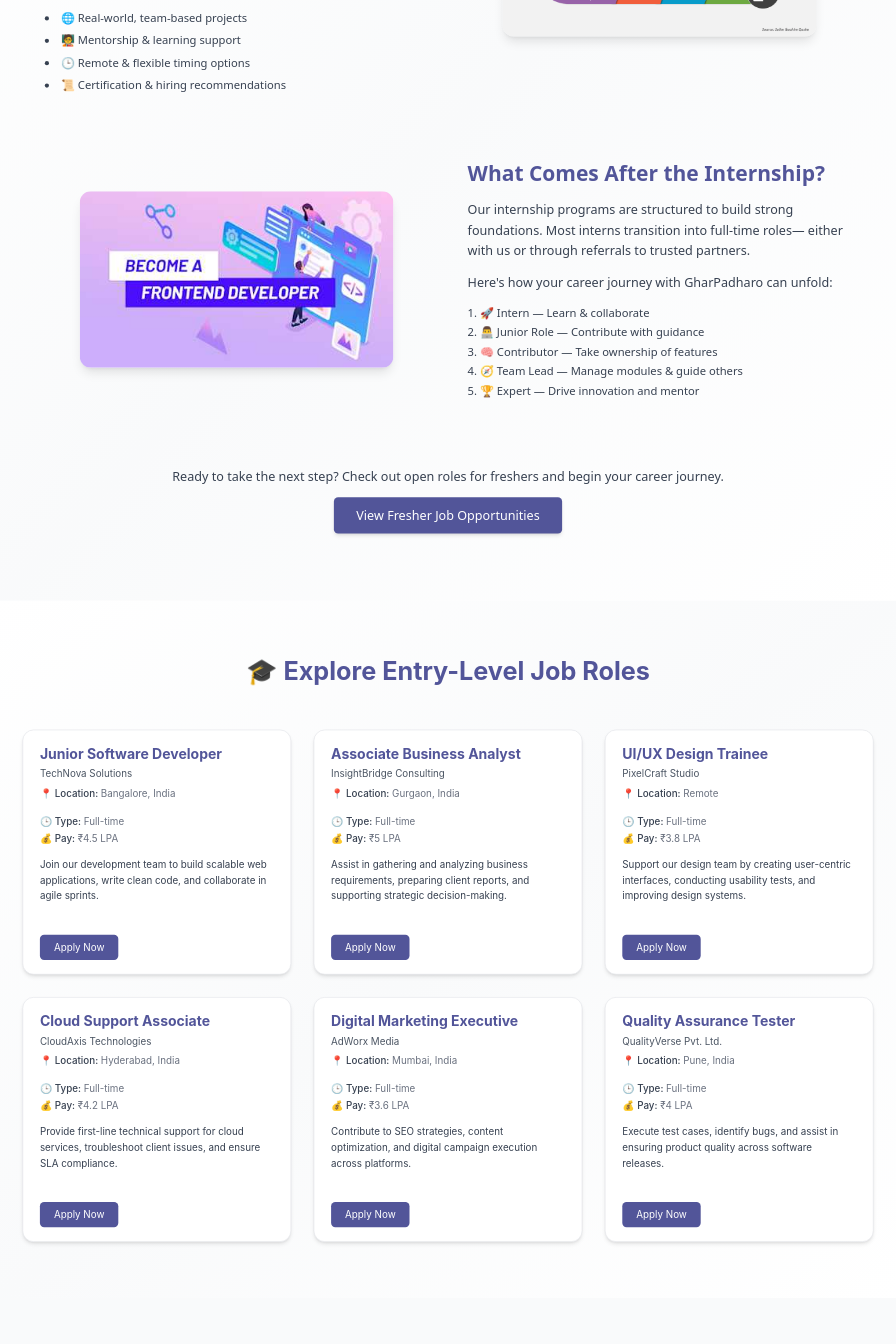
Repository: Siddharthkothiyal/GharPadhaaroCareerWebsite
Page: /#/students
These files come from the project's save history. The page is drawn as it stood at one moment and after the next save; the edit follows.
The browser window is 1280 px wide. The pictures show the part of the page from y = 676 to 2596 px (the page is 7099 px tall), at 70% of full size.
The project was rebuilt for these pictures with package versions that can differ from the ones it lists, and the page was loaded fresh each time. Also part of the build but not shown: src/components/CareerPortal/JobListing/JobListings.css, src/components/CareerPortal/JobListing/JobListings.js, src/components/CareerPortal/Header.css, src/components/CareerPortal/ResumeUpload.css, src/components/CareerPortal/ResumeUpload.js, src/components/CareerPortal/Header.js, src/components/CareerPortal/JobListing/JobSearch.css, src/components/CareerPortal/JobListing/JobSearch.js and 10 more.

Above is the page before, as saved 2025-06-22 10:50:35.

### public/index.html
<!DOCTYPE html>
<html lang="en">

<head>
  <meta charset="utf-8" />
  <link rel="icon" href="%PUBLIC_URL%/favicon.ico" />
  <meta name="viewport" content="width=device-width, initial-scale=1" />
  <meta name="theme-color" content="#000000" />
  <meta name="description" content="GharPadharo - Find your perfect stay" />

  <!-- Font Awesome CDN (latest) -->
  <link rel="stylesheet" href="https://cdnjs.cloudflare.com/ajax/libs/font-awesome/6.5.2/css/all.min.css"
    integrity="sha512-SnH5WK+bZxgPHs44uWIX+LLJAJ9/2PkPKZ5QiAj6Ta86w+fsb2TkcmfRyVX3pBnMFcV7oQPJkl9QevSCWr3W6A=="
    crossorigin="anonymous" referrerpolicy="no-referrer" />

  <link rel="apple-touch-icon" href="%PUBLIC_URL%/logo192.png" />
  <title>GharPadharo</title>
</head>

<body>
  <noscript>You need to enable JavaScript to run this app.</noscript>
  <div id="root"></div>
  <!--
      This HTML file is a template.
      If you open it directly in the browser, you will see an empty page.

      You can add webfonts, meta tags, or analytics to this file.
      The build step will place the bundled scripts into the <body> tag.

      To begin the development, run `npm start` or `yarn start`.
      To create a production bundle, use `npm run build` or `yarn build`.
    -->
</body>

</html>

### src/index.css
@tailwind base;
@tailwind components;
@tailwind utilities;

/* You can keep your custom CSS below if needed */

body {
  margin: 0;
  font-family: -apple-system, BlinkMacSystemFont, 'Segoe UI', 'Roboto', 'Oxygen',
    'Ubuntu', 'Cantarell', 'Fira Sans', 'Droid Sans', 'Helvetica Neue',
    sans-serif;
  -webkit-font-smoothing: antialiased;
  -moz-osx-font-smoothing: grayscale;
}

code {
  font-family: source-code-pro, Menlo, Monaco, Consolas, 'Courier New',
    monospace;
}

### src/App.js
import React from 'react';
// import { HashRouter as Router } from 'react-router-dom';

// import { BrowserRouter as Router, Routes, Route } from 'react-router-dom';
import { HashRouter as Router, Routes, Route } from 'react-router-dom';
import JobListings from './components/CareerPortal/JobListing/JobListings';

import './App.css';
import CareerPortal from './components/CareerPortal';
import Login from './components/Auth/Login';
import Signup from './components/Auth/Signup';
import LandingPage from './components/LandingPage/LandingPage';



import StudentsPage from './components/CareerPortal/StudentsPage/StudentsPage';

// import JobCategory from './components/CareerPortal/JobListing/JobCategory';
// import JobLocation from './components/CareerPortal/JobListing/JobLocation';



function App() {
  return (
    <Router>
      <div className="App">


        <Routes>
          <Route path="/" element={<LandingPage />} />
          <Route path="/careers" element={<CareerPortal />} />
          <Route path="/login" element={<Login />} />
          <Route path="/signup" element={<Signup />} />

          {/* <Route path="/jobs/:category" element={<JobCategory />} />
          <Route path="/jobs/location/:location" element={<JobLocation />} /> */}
          <Route path="/students" element={<StudentsPage />} />
          <Route path="/job-listings" element={<JobListings />} />




        </Routes>
      </div>
    </Router>
  );
}

export default App;

### src/components/CareerPortal/StudentsPage/StudentsPage.js
import React from "react";

import Internships from "./sections/Internships";
import FreshersJob from "./sections/FreshersJob";
import EarlyCareers from "./sections/EarlyCareers";
import Hackathon from "./sections/Hackathons";
import Webinars from "./sections/Webinars";
import Scholarships from "./sections/Scholarships";
import Mentorship from "./sections/Mentorship";
import Resources from "./sections/Resources";
import FAQs from "./sections/FAQs";
import Footer from "../Footer";


const StudentsPage = () => {
  return (
  <div className="bg-white">
    {/* Page Header */}
    <section className="bg-[#525599] text-white py-10">
      <div className="max-w-6xl mx-auto text-center px-4">
        <h1 className="text-4xl font-bold">Opportunities for Students</h1>
        <p className="mt-2 text-lg">
          Discover internships, job roles, and resources tailored for students.
        </p>
      </div>
    </section>

    <div id="internships">
      <Internships />
    </div>

    <div id="FreshersJob">
      <FreshersJob />
    </div>

    <div id="EarlyCareers">
      <EarlyCareers />
    </div>

    <div id="Hackathons">
      <Hackathon />
    </div>

    <div id="Webinars">
      <Webinars />
    </div>

    <div id="Scholarships">
      <Scholarships />
    </div>

    <div id="Mentorship">
      <Mentorship />
    </div>

    <div id="Resources">
      <Resources />
    </div>

    <div id="faqs">
      <FAQs />
    </div>
    {/* <Footer /> */}
  </div>

);

};

export default StudentsPage;

### src/components/CareerPortal/CareerPortal.css
/* GharPadharo Career Portal Styles */
:root {
  --gharpadhaaro-blue: #0866ff;
  --gharpadhaaro-blue-dark: #0756d6;
  --gharpadhaaro-gray: #f0f2f5;
  --gharpadhaaro-text: #1c1e21;
  --gharpadhaaro-text-secondary: #65676b;
  --gharpadhaaro-white: #ffffff;
  --gharpadhaaro-border: #dadde1;
  --gharpadhaaro-success: #42b72a;
  --gharpadhaaro-error: #fa383e;
  --gharpadhaaro-shadow: rgba(0, 0, 0, 0.1);
  --gharpadhaaro-radius: 8px;
  --gharpadhaaro-transition: all 0.2s ease;
}

/* Global Styles */
.career-portal {
  font-family: 'Optimistic Display', -apple-system, BlinkMacSystemFont, 'Segoe UI', Roboto, Oxygen, Ubuntu, Cantarell, 'Open Sans', 'Helvetica Neue', sans-serif;
  color: var(--gharpadhaaro-text);
  line-height: 1.5;
  background-color: var(--gharpadhaaro-white);
}

.container {
  max-width: 1200px;
  margin: 0 auto;
  padding: 0 24px;
}

/* Hero Section */
.hero-section {
  background: linear-gradient(135deg, #0866ff 0%, #535699 100%);
  color: var(--meta-white);
  padding: 100px 0;
  text-align: center;
}

.hero-content {
  max-width: 800px;
  margin: 0 auto;
  padding: 0 24px;
}

.hero-content h1 {
  font-size: 48px;
  font-weight: 700;
  margin-bottom: 24px;
  line-height: 1.2;
}

.hero-content p {
  color: black;
  font-size: 20px;
  margin-bottom: 40px;
  margin-left: 70px;

}

/* Job Search Section */
.job-search-section {
  padding: 60px 0;
  background-color: var(--meta-white);
}

.filters-and-results {
  display: grid;
  grid-template-columns: 300px 1fr;
  gap: 30px;
}

/* Featured Teams Section */
.featured-teams-section {
  padding: 80px 0;
  background-color: var(--meta-gray);
}

.featured-teams-section h2 {
  font-size: 36px;
  font-weight: 700;
  margin-bottom: 16px;
  text-align: center;
}

.featured-teams-section p {
  font-size: 18px;
  color: var(--meta-text-secondary);
  max-width: 700px;
  margin: 0 auto 40px;
  text-align: center;
}

/* Buttons */
.btn {
  display: inline-flex;
  align-items: center;
  justify-content: center;
  padding: 12px 24px;
  border-radius: 0px;
  font-weight: 600;
  font-size: 16px;
  cursor: pointer;
  transition: var(--meta-transition);
  border: none;
}

.btn-primary {
  background-color: var(--meta-blue);
  color: var(--meta-white);
}

.btn-primary:hover {
  background-color: var(--meta-blue-dark);
}

.btn-secondary {
  background-color: var(--meta-gray);
  color: var(--meta-text);
  margin-left: 50px;
}

.btn-secondary:hover {
  background-color: #e4e6eb;
}

/* Form Elements */
.input-group {
  position: relative;
  margin-bottom: 16px;
}

.input-field {
  width: 100%;
  padding: 14px 16px;
  border-radius: var(--meta-radius);
  border: 1px solid var(--meta-border);
  font-size: 16px;
  transition: var(--meta-transition);
}

.input-field:focus {
  border-color: var(--meta-blue);
  outline: none;
  box-shadow: 0 0 0 2px rgba(8, 102, 255, 0.2);
}

/* Responsive */
@media (max-width: 992px) {
  .filters-and-results {
    grid-template-columns: 1fr;
  }

  .hero-content h1 {
    font-size: 36px;
  }

  .hero-content p {
    font-size: 18px;
  }
}

@media (max-width: 576px) {
  .hero-content h1 {
    font-size: 28px;
  }

  .hero-content p {
    font-size: 16px;
  }

  .featured-teams-section h2 {
    font-size: 28px;
  }
}

/* Add these styles to your existing CareerPortal.css file */

.application-form-section {
  padding: 40px 0;
  background-color: #f5f5f5;
}

.close-form-btn {
  background: none;
  border: none;
  font-size: 24px;
  cursor: pointer;
  margin-bottom: 20px;
  display: flex;
  align-items: center;
  color: #333;
}

.close-form-btn:hover {
  color: #535699;
}

### src/components/Auth/Auth.css
/* Auth.css - Styles for Login and Signup components */

:root {
  --primary-color: #535699; /* GharPadharo blue */
  --secondary-color: #42B72A; /* GharPadharo green */
  --text-color: #1C1E21;
  --light-text: #606770;
  --error-color: #FA383E;
  --border-color: #DADDE1;
  --background-color: #F0F2F5;
  --card-background: #FFFFFF;
  --hover-color: #E7F3FF;
  --focus-shadow: 0 0 0 2px rgba(83, 86, 153, 0.2);
}

/* Auth Container */
.auth-container {
  display: flex;
  justify-content: center;
  align-items: center;
  min-height: 100vh;
  background-color: var(--background-color);
  padding: 20px;
}

/* Auth Card */
.auth-card {
  background-color: var(--card-background);
  border-radius: 8px;
  box-shadow: 0 2px 4px rgba(0, 0, 0, 0.1), 0 8px 16px rgba(0, 0, 0, 0.1);
  width: 100%;
  max-width: 400px;
  padding: 20px;
}

/* Auth Header */
.auth-header {
  text-align: center;
  margin-bottom: 20px;
}

.auth-logo {
  width: 40px;
  height: 40px;
  margin-bottom: 10px;
}

.auth-header h2 {
  font-size: 24px;
  font-weight: 600;
  color: var(--text-color);
  margin: 0;
}

.gharpadharo-logo{
  width: 60px;
  height: 60px;
}

/* Auth Form */
.auth-form {
  display: flex;
  flex-direction: column;
  gap: 16px;
}

.form-group {
  display: flex;
  flex-direction: column;
}

.form-group label {
  font-size: 14px;
  font-weight: 500;
  margin-bottom: 6px;
  color: var(--text-color);
}

.form-group input {
  padding: 12px 14px;
  border: 1px solid var(--border-color);
  border-radius: 6px;
  font-size: 16px;
  transition: border-color 0.2s, box-shadow 0.2s;
}

.form-group input:focus {
  outline: none;
  border-color: #535699;
  box-shadow: var(--focus-shadow);
}

.form-group input.error {
  border-color: var(--error-color);
}

.error-message {
  color: var(--error-color);
  font-size: 12px;
  margin-top: 4px;
}

/* Terms and Privacy */
.terms-privacy {
  font-size: 12px;
  color: 535699;
  margin-bottom: 10px;
  text-align: center;
}

.terms-privacy a {
  color: 535699;
  text-decoration: none;
}

.terms-privacy a:hover {
  text-decoration: underline;
}

/* Auth Button */
.auth-button {
  background-color: #535699;
  color: white;
  border: none;
  border-radius: 6px;
  padding: 12px;
  font-size: 16px;
  font-weight: 600;
  cursor: pointer;
  transition: background-color 0.2s;
  margin-top: 10px;
}

.auth-button:hover {
  background-color: #535699;
}

/* Auth Footer */
.auth-footer {
  margin-top: 20px;
  text-align: center;
}

.forgot-password {
  color: #535699;
  text-decoration: none;
  font-size: 14px;
  display: block;
  margin-bottom: 16px;
}

.forgot-password:hover {
  text-decoration: underline;
}

.auth-redirect {
  font-size: 14px;
  color: var(--light-text);
  margin: 0;
}

.auth-redirect a {
  color: #535699;
  text-decoration: none;
  font-weight: 500;
}

.auth-redirect a:hover {
  text-decoration: underline;
}

/* Responsive adjustments */
@media (max-width: 480px) {
  .auth-card {
    padding: 16px;
  }

  .auth-header h2 {
    font-size: 20px;
  }

  .form-group input {
    padding: 10px 12px;
    font-size: 14px;
  }

  .auth-button {
    padding: 10px;
    font-size: 14px;
  }
}

### src/components/LandingPage/LandingPage.css
/* LandingPage.css - Styles for the landing page */

:root {
  --primary-color: #535699; /* GharPadharo blue */
  --secondary-color: #42B72A; /* GharPadharo green */
  --text-color: #1C1E21;
  --light-text: #606770;
  --border-color: #DADDE1;
  --background-color: #F0F2F5;
  --card-background: #FFFFFF;
  --hover-color: #c8e4ff;
  --focus-shadow: 0 0 0 2px rgba(24, 119, 242, 0.2);
  --border-color: #blue;
  --background-color: #535699;
  --card-background: white;
  --hover-color: #E7F3FF;
  --focus-shadow: 0 0 0 2px rgba(83, 86, 153, 0.2);
}
/* General Styles */
.landing-page {
  font-family: 'Segoe UI', 'Helvetica Neue', sans-serif;
  color: var(--text-color);
  line-height: 1.5;
}

.container {
  max-width: 1200px;
  margin: 0 auto;
  padding: 0 20px;
}

section {
  padding: 60px 0;
}

h1, h2, h3, h4 {
  margin-top: 0;
  font-weight: 600;
}

h1 {
  font-size: 3rem;
  line-height: 1.2;
  margin-bottom: 20px;
}

h2 {
  font-size: 2.25rem;
  margin-bottom: 30px;
  text-align: center;
}

h3 {
  font-size: 1.5rem;
  margin-bottom: 15px;
}

p {
  margin-bottom: 20px;
}

.btn {
  display: inline-block;
  padding: 12px 24px;
  border-radius: 6px;
  font-weight: 600;
  text-decoration: none;
  text-align: center;
  cursor: pointer;
  transition: all 0.2s ease;
  margin-right: 12px;
  margin-bottom: 12px;
}

.btn-primary {
  background-color:  #0CAFFF;
  color: white;
  border: none;
}

.btn-primary:hover {
  background-color: whitesmoke;
  color: black;
}

.btn-secondary {
  background-color: var(--secondary-color);
  color: white;
  border: none;
}

.btn-secondary:hover {
  background-color: whitesmoke;
  color: black;
}

.btn-outline {
  background-color: white;
  color: black;
  border: white;
}

.btn-outline:hover {
  background-color: #0CAFFF;
  color: black;
}

/* Hero Section */
.hero {
  background-color: var(--background-color);
  padding: 80px 0;
}

.hero .container {
  display: flex;
  align-items: center;
  justify-content: space-between;
  gap: 40px;
}

.hero-content {
  flex: 1;
}

.hero-content p {
  font-size: 1.25rem;
  color: 535699;
  margin-bottom: 30px;
  max-width: 900px;
  margin-left: 8.5px;
}

.hero-buttons {
  display: flex;
  flex-wrap: wrap;
}

.hero-image {
  flex: 1;
  display: flex;
  justify-content: center;
  align-items: center;
}

.image-placeholder {
  background-color: 535699;
  border-radius: 12px;
  padding: 20px;
  display: flex;
  justify-content: center;
  align-items: center;
}


/* Features Section */
.features {
  background-color: white;
}

.features-grid {
  display: grid;
  grid-template-columns: repeat(auto-fit, minmax(250px, 1fr));
  gap: 30px;
  margin-top: 40px;
}

.feature-card {
  background-color: var(--card-background);
  border-radius: 12px;
  padding: 30px;
  box-shadow: 0 2px 4px rgba(0, 0, 0, 0.05);
  transition: transform 0.3s ease, box-shadow 0.3s ease;
}

.feature-card:hover {
  transform: scale(1.05);
  box-shadow: 0 10px 20px rgba(0, 0, 0, 0.1);
}

.feature-icon {
  margin-bottom: 20px;
}

.feature-card h3 {
  color: var(--text-color);
}

.feature-card p {
  color: var(--light-text);
  margin-bottom: 0;
}

/* Teams Section */
.teams-section {
  background-color: var(--background-color);
}

.section-description {
  text-align: center;
  max-width: 700px;
  margin: 0 auto 40px;
  color:white;
  font-size: 1.1rem;
}

.teams-carousel {
  display: grid;
  grid-template-columns: repeat(auto-fit, minmax(250px, 1fr));
  gap: 20px;
  margin-top: 30px;
}

.team-item {
  background-color: white;
  border-radius: 8px;
  padding: 25px;
  box-shadow: 0 2px 4px rgba(0, 0, 0, 0.05);
  transition: transform 0.3s ease;
}

.team-item:hover {
  transform: translateY(-5px);
}

.team-item h3 {
  color: var(--primary-color);
  margin-bottom: 10px;
}

.team-item p {
  color: var(--light-text);
  margin-bottom: 15px;
}

.team-link {
  color: var(--primary-color);
  text-decoration: none;
  font-weight: 600;
  display: inline-flex;
  align-items: center;
}

.team-link span {
  margin-left: 5px;
  transition: transform 0.2s ease;
}

.team-link:hover span {
  transform: translateX(3px);
}

/* Testimonials Section */
.testimonials {
  background-color: white;
}

.testimonial-card {
  max-width: 800px;
  margin: 0 auto;
  background-color: var(--card-background);
  border-radius: 12px;
  padding: 40px;
  box-shadow: 0 4px 12px rgba(0, 0, 0, 0.08);
  position: relative;
}

.quote-mark {
  font-size: 60px;
  color: var(--primary-color);
  opacity: 0.2;
  position: absolute;
  top: 20px;
  left: 20px;
  line-height: 1;
}

.testimonial-text {
  font-size: 1.25rem;
  line-height: 1.6;
  margin-bottom: 30px;
  position: relative;
  z-index: 1;
}

.testimonial-author {
  display: flex;
  align-items: center;
}

.author-avatar {
  width: 50px;
  height: 50px;
  border-radius: 50%;
  background-color: var(--primary-color);
  margin-right: 15px;
}

.author-info h4 {
  margin: 0;
  font-size: 1.1rem;
}

.author-info p {
  margin: 5px 0 0;
  color: var(--light-text);
  font-size: 0.9rem;
}

/* CTA Section */
.cta-section {
  background-color: var(--primary-color);
  color: white;
  text-align: center;
  padding: 80px 0;
}

.cta-section h2 {
  color: white;
  margin-bottom: 15px;
}

.cta-section p {
  color: rgba(255, 255, 255, 0.9);
  font-size: 1.2rem;
  margin-bottom: 30px;
  max-width: 700px;
  margin-left: auto;
  margin-right: auto;
}

.cta-buttons {
  display: flex;
  justify-content: center;
  flex-wrap: wrap;
  gap: 15px;
}

.cta-section .btn-primary {
  background-color: #42B72A;
  color:black;
}

.cta-section .btn-primary:hover {
  background-color: #f5f5f5;
}

.cta-section .btn-secondary {
  background-color: transparent;
  color: white;
  border: 1px solid white;
}

.cta-section .btn-secondary:hover {
  background-color: rgba(255, 255, 255, 0.1);
}

/* Responsive Styles */
@media (max-width: 992px) {
  h1 {
    font-size: 2.5rem;
  }

  h2 {
    font-size: 2rem;
  }

  .hero .container {
    flex-direction: column;
  }

  .hero-content, .hero-image {
    flex: none;
    width: 100%;
    text-align: center;
  }

  .hero-content p {
    margin-left: auto;
    margin-right: auto;
  }

  .hero-buttons {
    justify-content: center;
  }
}

@media (max-width: 768px) {
  section {
    padding: 40px 0;
  }

  h1 {
    font-size: 2rem;
  }

  h2 {
    font-size: 1.75rem;
  }

  .features-grid, .teams-carousel {
    grid-template-columns: 1fr;
  }

  .testimonial-card {
    padding: 30px 20px;
  }

  .testimonial-text {
    font-size: 1.1rem;
  }
}

### src/components/CareerPortal/StudentsPage/sections/FreshersJob.js
import React from 'react';

const freshersJobs = [
  {
    id: 1,
    title: 'Junior Software Developer',
    company: 'TechNova Solutions',
    location: 'Bangalore, India',
    type: 'Full-time',
    pay: '₹4.5 LPA',
    description:
      'Join our development team to build scalable web applications, write clean code, and collaborate in agile sprints.',
  },
  {
    id: 2,
    title: 'Associate Business Analyst',
    company: 'InsightBridge Consulting',
    location: 'Gurgaon, India',
    type: 'Full-time',
    pay: '₹5 LPA',
    description:
      'Assist in gathering and analyzing business requirements, preparing client reports, and supporting strategic decision-making.',
  },
  {
    id: 3,
    title: 'UI/UX Design Trainee',
    company: 'PixelCraft Studio',
    location: 'Remote',
    type: 'Full-time',
    pay: '₹3.8 LPA',
    description:
      'Support our design team by creating user-centric interfaces, conducting usability tests, and improving design systems.',
  },
  {
    id: 4,
    title: 'Cloud Support Associate',
    company: 'CloudAxis Technologies',
    location: 'Hyderabad, India',
    type: 'Full-time',
    pay: '₹4.2 LPA',
    description:
      'Provide first-line technical support for cloud services, troubleshoot client issues, and ensure SLA compliance.',
  },
  {
    id: 5,
    title: 'Digital Marketing Executive',
    company: 'AdWorx Media',
    location: 'Mumbai, India',
    type: 'Full-time',
    pay: '₹3.6 LPA',
    description:
      'Contribute to SEO strategies, content optimization, and digital campaign execution across platforms.',
  },
  {
    id: 6,
    title: 'Quality Assurance Tester',
    company: 'QualityVerse Pvt. Ltd.',
    location: 'Pune, India',
    type: 'Full-time',
    pay: '₹4 LPA',
    description:
      'Execute test cases, identify bugs, and assist in ensuring product quality across software releases.',
  },
];

const FreshersJob = () => {
  return (
    <section
  id="fresher-jobs"
  className="py-20 px-4 sm:px-6 lg:px-8 bg-gradient-to-br from-white via-gray-50 to-white"
>
  <div className="max-w-7xl mx-auto">
    <h2 className="text-4xl font-bold text-center text-[#525599] mb-16">
      🎓 Explore Entry-Level Job Roles
    </h2>

    <div className="grid gap-8 sm:grid-cols-2 lg:grid-cols-3">
      {freshersJobs.map((job) => (
        <div
          key={job.id}
          className="bg-white rounded-2xl border border-gray-200 shadow-md hover:shadow-lg transition-shadow px-6 py-5"
        >
          <h3 className="text-xl font-bold text-[#525599] mb-1">{job.title}</h3>
          <p className="text-sm text-gray-600 mb-2">{job.company}</p>

          <div className="text-sm text-gray-500 space-y-1 mb-4">
            <p>
              <span className="font-medium text-gray-700">📍 Location:</span>{' '}
              {job.location}
            </p>
            <p>
              <span className="font-medium text-gray-700">🕒 Type:</span>{' '}
              {job.type}
            </p>
            <p>
              <span className="font-medium text-gray-700">💰 Pay:</span>{' '}
              {job.pay}
            </p>
          </div>

          <p className="text-gray-700 text-sm leading-relaxed">{job.description}</p>

          <button className="mt-6 inline-block px-5 py-2 bg-[#525599] text-white text-sm rounded-md hover:bg-[#41447d] transition-colors">
            Apply Now
          </button>
        </div>
      ))}
    </div>
  </div>
</section>

  );
};

export default FreshersJob;

Loaded but not shown: src/index.js (common file); src/reportWebVitals.js (common file); src/App.css (common file); tailwind.config.js (common file); src/components/CareerPortal/StudentsPage/sections/Internships.js (102 lines, source omitted); src/components/CareerPortal/StudentsPage/sections/Scholarships.js (91 lines, source omitted); src/components/CareerPortal/StudentsPage/sections/Resources.js (81 lines, source omitted); src/components/CareerPortal/StudentsPage/sections/FAQs.js (89 lines, source omitted); src/components/CareerPortal/StudentsPage/sections/Mentorship.js (79 lines, source omitted); src/components/CareerPortal/StudentsPage/sections/Webinars.js (69 lines, source omitted); src/components/CareerPortal/StudentsPage/sections/Hackathons.js (63 lines, source omitted); src/components/CareerPortal/StudentsPage/sections/EarlyCareers.js (77 lines, source omitted)

After the next save:
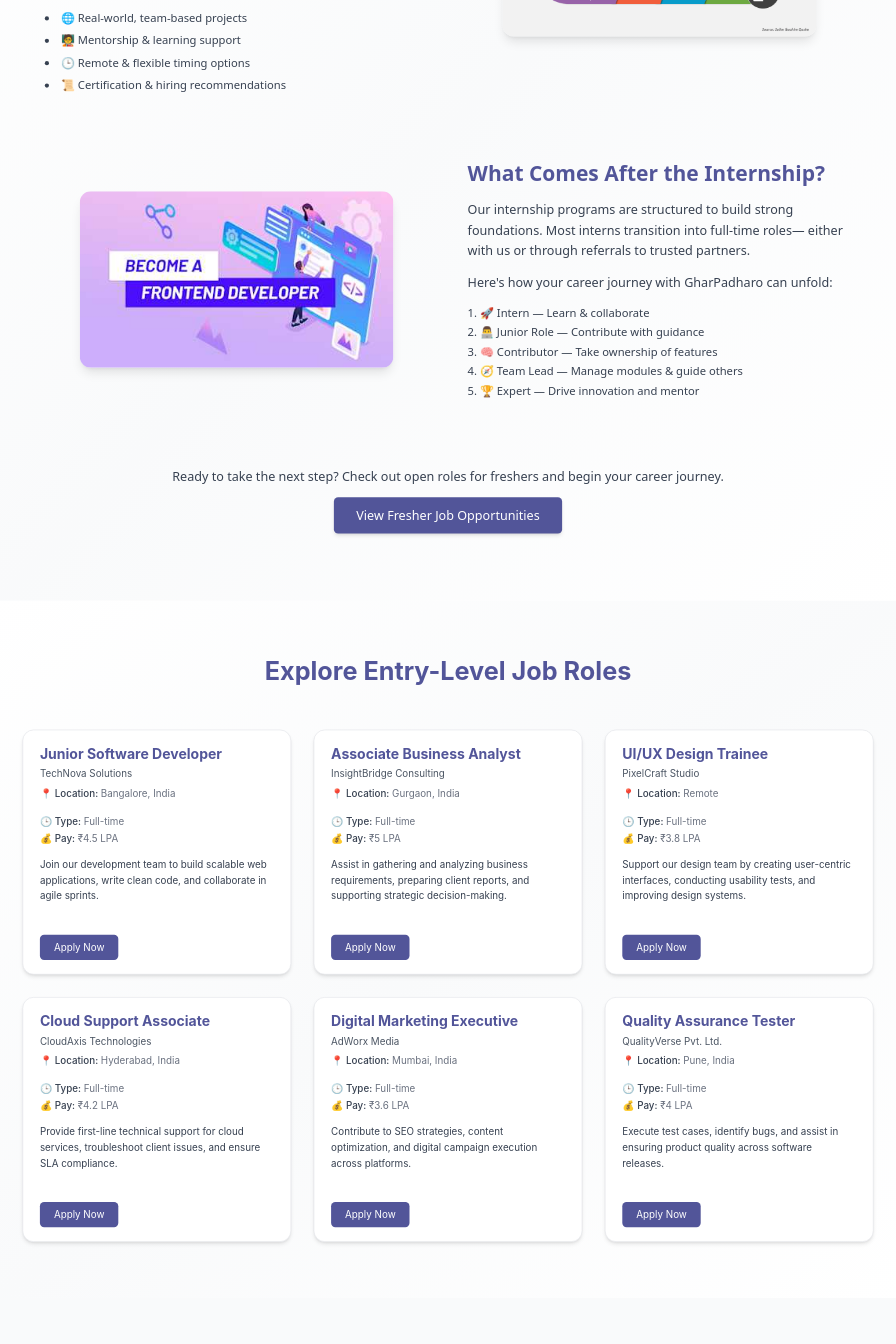
Saved 73 s later.
--- a/src/components/CareerPortal/StudentsPage/sections/FreshersJob.js
+++ b/src/components/CareerPortal/StudentsPage/sections/FreshersJob.js
@@ -71,7 +71,7 @@ const FreshersJob = () => {
 >
   <div className="max-w-7xl mx-auto">
     <h2 className="text-4xl font-bold text-center text-[#525599] mb-16">
-      🎓 Explore Entry-Level Job Roles
+       Explore Entry-Level Job Roles
     </h2>
 
     <div className="grid gap-8 sm:grid-cols-2 lg:grid-cols-3">
